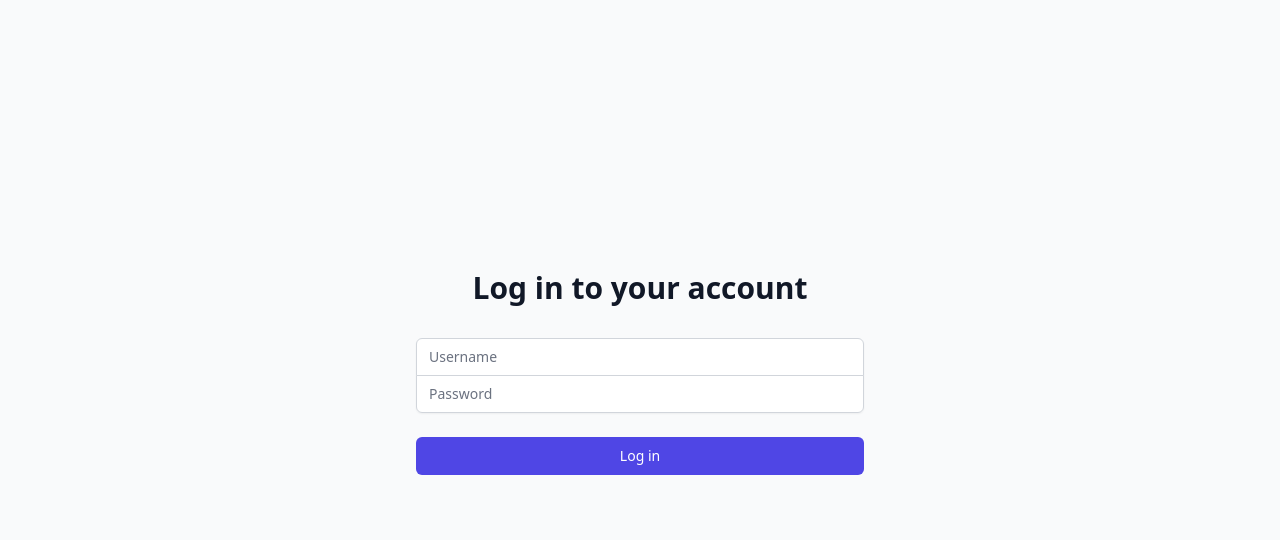
Repository: Mordecaied/Issac
Page: /dashboard (app in frontend/)
The author's editor kept a copy of each file at every save. The page is drawn from the files as they stood at one save, then again after the next save.
The browser window is 1280 px wide. The pictures show the whole page.
The project was rebuilt for these pictures with package versions that can differ from the ones it lists, and the page was loaded fresh each time. Also part of the build but not shown: frontend/src/hooks/useTimers.ts, frontend/src/context/AppContext.tsx, frontend/src/components/Layout.tsx, frontend/src/components/QuestionList.tsx, frontend/src/components/IssueList.tsx, frontend/src/components/TimerCard.tsx, frontend/src/components/Dashboard.tsx, frontend/src/components/TimeTracking.tsx and 3 more.

Above is the page before, as saved 2024-08-07 12:11:15.

### frontend/src/index.html
<!DOCTYPE html>
<html lang="en">
<head>
    <meta charset="UTF-8">
    <meta name="viewport" content="width=device-width, initial-scale=1.0">
    <title>Issac - Productivity App</title>
</head>
<body>
    <div id="root"></div>
</body>
</html>

### frontend/src/index.tsx
import React from 'react';
import { createRoot } from 'react-dom/client';
import './index.css';
import App from './App';

const container = document.getElementById('root');
const root = createRoot(container!);
root.render(
  <React.StrictMode>
    <App />
  </React.StrictMode>
);

### frontend/src/App.tsx
import React, { useState, useEffect } from 'react';
import { AppProvider } from './context/AppContext';
import Layout from './components/Layout';
import Dashboard from './components/Dashboard';
import TimeTracking from './components/TimeTracking';
import QuestionTracking from './components/QuestionTracking';
import IssueTracking from './components/IssueTracking';
import TimeSummary from './components/TimeSummary';
import AuthService from './services/AuthService';

const App: React.FC = () => {
  const [activeTab, setActiveTab] = useState('dashboard');
  const [isAuthenticated, setIsAuthenticated] = useState(false);
  const [username, setUsername] = useState('');
  const [password, setPassword] = useState('');
  const [error, setError] = useState('');

  useEffect(() => {
    const user = AuthService.getCurrentUser();
    if (user) {
      setIsAuthenticated(true);
    }
  }, []);

  const handleLogin = async (e: React.FormEvent) => {
    e.preventDefault();
    try {
      await AuthService.login(username, password);
      setIsAuthenticated(true);
      setError('');
    } catch (err) {
      setError('Failed to log in');
    }
  };

  const handleLogout = () => {
    AuthService.logout();
    setIsAuthenticated(false);
  };

  const renderContent = () => {
    switch (activeTab) {
      case 'dashboard':
        return <Dashboard />;
      case 'time':
        return <TimeTracking />;
      case 'questions':
        return <QuestionTracking />;
      case 'issues':
        return <IssueTracking />;
      case 'summary':
        return <TimeSummary />;
      default:
        return null;
    }
  };

  if (!isAuthenticated) {
    return (
      <div className="min-h-screen flex items-center justify-center bg-gray-50 py-12 px-4 sm:px-6 lg:px-8">
        <div className="max-w-md w-full space-y-8">
          <h2 className="mt-6 text-center text-3xl font-extrabold text-gray-900">Log in to your account</h2>
          <form className="mt-8 space-y-6" onSubmit={handleLogin}>
            <input type="hidden" name="remember" value="true" />
            <div className="rounded-md shadow-sm -space-y-px">
              <div>
                <label htmlFor="username" className="sr-only">Username</label>
                <input
                  id="username"
                  name="username"
                  type="text"
                  required
                  className="appearance-none rounded-none relative block w-full px-3 py-2 border border-gray-300 placeholder-gray-500 text-gray-900 rounded-t-md focus:outline-none focus:ring-indigo-500 focus:border-indigo-500 focus:z-10 sm:text-sm"
                  placeholder="Username"
                  value={username}
                  onChange={(e) => setUsername(e.target.value)}
                />
              </div>
              <div>
                <label htmlFor="password" className="sr-only">Password</label>
                <input
                  id="password"
                  name="password"
                  type="password"
                  required
                  className="appearance-none rounded-none relative block w-full px-3 py-2 border border-gray-300 placeholder-gray-500 text-gray-900 rounded-b-md focus:outline-none focus:ring-indigo-500 focus:border-indigo-500 focus:z-10 sm:text-sm"
                  placeholder="Password"
                  value={password}
                  onChange={(e) => setPassword(e.target.value)}
                />
              </div>
            </div>

            {error && <p className="mt-2 text-center text-sm text-red-600">{error}</p>}

            <div>
              <button
                type="submit"
                className="group relative w-full flex justify-center py-2 px-4 border border-transparent text-sm font-medium rounded-md text-white bg-indigo-600 hover:bg-indigo-700 focus:outline-none focus:ring-2 focus:ring-offset-2 focus:ring-indigo-500"
              >
                Log in
              </button>
            </div>
          </form>
        </div>
      </div>
    );
  }

  return (
    <AppProvider>
      <Layout>
        <div className="mb-6">
          <div className="flex space-x-4 mb-4">
            <button
              className={`px-4 py-2 rounded transition duration-150 ${activeTab === 'dashboard' ? 'bg-blue-500 text-white' : 'bg-gray-200 hover:bg-gray-300 active:bg-gray-400'}`}
              onClick={() => setActiveTab('dashboard')}
            >
              Dashboard
            </button>
            <button
              className={`px-4 py-2 rounded transition duration-150 ${activeTab === 'time' ? 'bg-blue-500 text-white' : 'bg-gray-200 hover:bg-gray-300 active:bg-gray-400'}`}
              onClick={() => setActiveTab('time')}
            >
              Time Tracking
            </button>
            <button
              className={`px-4 py-2 rounded transition duration-150 ${activeTab === 'questions' ? 'bg-blue-500 text-white' : 'bg-gray-200 hover:bg-gray-300 active:bg-gray-400'}`}
              onClick={() => setActiveTab('questions')}
            >
              Question Tracking
            </button>
            <button
              className={`px-4 py-2 rounded transition duration-150 ${activeTab === 'issues' ? 'bg-blue-500 text-white' : 'bg-gray-200 hover:bg-gray-300 active:bg-gray-400'}`}
              onClick={() => setActiveTab('issues')}
            >
              Issue Tracking
            </button>
            <button
              className={`px-4 py-2 rounded transition duration-150 ${activeTab === 'summary' ? 'bg-blue-500 text-white' : 'bg-gray-200 hover:bg-gray-300 active:bg-gray-400'}`}
              onClick={() => setActiveTab('summary')}
            >
              Time Summary
            </button>
            <button
              className="px-4 py-2 rounded transition duration-150 bg-red-500 text-white hover:bg-red-600 active:bg-red-700"
              onClick={handleLogout}
            >
              Logout
            </button>
          </div>
        </div>
        {renderContent()}
      </Layout>
    </AppProvider>
  );
};

export default App;

### frontend/src/services/AuthService.ts
import axios from 'axios';

const API_URL = 'http://localhost:3000/api'; // Adjust this to match your backend URL

export interface User {
  id: string;
  username: string;
  email: string;
  token: string;
}

class AuthService {
  async login(emailOrUsername: string, password: string): Promise<string> {
    const response = await axios.post(`${API_URL}/auth/login`, { emailOrUsername, password });
    if (response.data.token) {
      localStorage.setItem('user', JSON.stringify(response.data));
    }
    return response.data.token;
  }

  async register(username: string, email: string, password: string): Promise<User> {
    const response = await axios.post(`${API_URL}/auth/register`, { username, email, password });
    return response.data;
  }

  logout(): void {
    localStorage.removeItem('user');
  }

  getCurrentUser(): User | null {
    const userStr = localStorage.getItem('user');
    if (userStr) return JSON.parse(userStr);
    return null;
  }

  getToken(): string | null {
    const user = this.getCurrentUser();
    return user?.token || null;
  }
}

export default new AuthService();

### frontend/tailwind.config.js
module.exports = {
  content: [
    "./src/**/*.{js,jsx,ts,tsx}",
    "./public/index.html"
  ],
  theme: {
    extend: {},
  },
  plugins: [],
}

Loaded but not shown: frontend/src/index.css (common file)

After the next save:
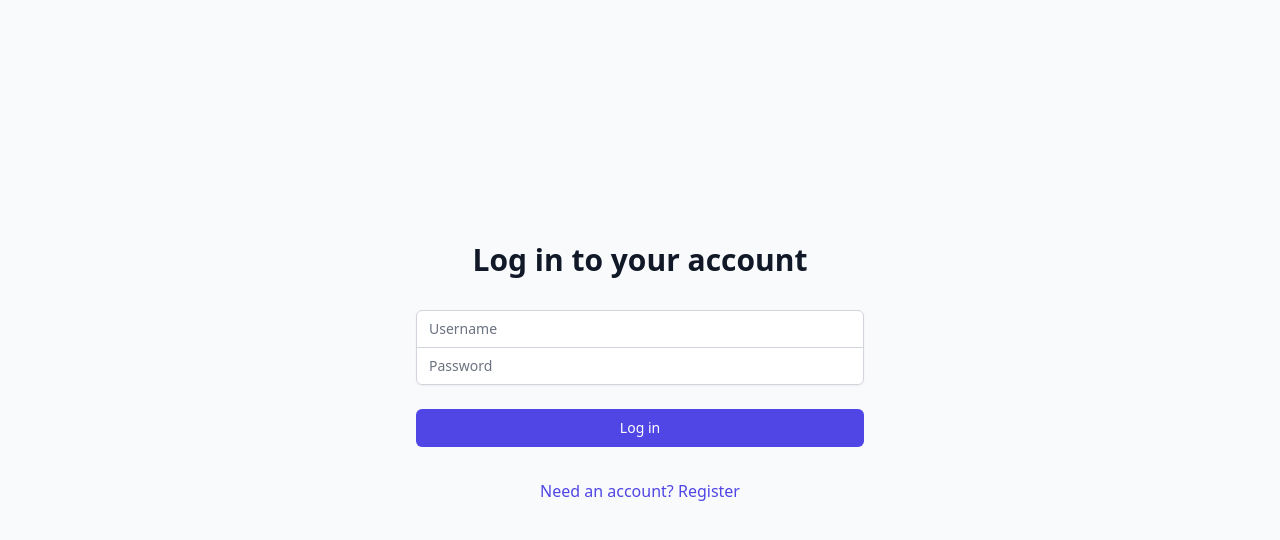
Saved 2 min 16 s later.
--- a/frontend/src/App.tsx
+++ b/frontend/src/App.tsx
@@ -11,7 +11,9 @@ import AuthService from './services/AuthService';
 const App: React.FC = () => {
   const [activeTab, setActiveTab] = useState('dashboard');
   const [isAuthenticated, setIsAuthenticated] = useState(false);
+  const [isRegistering, setIsRegistering] = useState(false);
   const [username, setUsername] = useState('');
+  const [email, setEmail] = useState('');
   const [password, setPassword] = useState('');
   const [error, setError] = useState('');
 
@@ -30,6 +32,17 @@ const App: React.FC = () => {
       setError('');
     } catch (err) {
       setError('Failed to log in');
+    }
+  };
+
+  const handleRegister = async (e: React.FormEvent) => {
+    e.preventDefault();
+    try {
+      await AuthService.register(username, email, password);
+      setIsAuthenticated(true);
+      setError('');
+    } catch (err) {
+      setError('Failed to register');
     }
   };
 
@@ -55,12 +68,14 @@ const App: React.FC = () => {
     }
   };
 
-  if (!isAuthenticated) {
+  const renderAuthForm = () => {
     return (
       <div className="min-h-screen flex items-center justify-center bg-gray-50 py-12 px-4 sm:px-6 lg:px-8">
         <div className="max-w-md w-full space-y-8">
-          <h2 className="mt-6 text-center text-3xl font-extrabold text-gray-900">Log in to your account</h2>
-          <form className="mt-8 space-y-6" onSubmit={handleLogin}>
+          <h2 className="mt-6 text-center text-3xl font-extrabold text-gray-900">
+            {isRegistering ? 'Create an account' : 'Log in to your account'}
+          </h2>
+          <form className="mt-8 space-y-6" onSubmit={isRegistering ? handleRegister : handleLogin}>
             <input type="hidden" name="remember" value="true" />
             <div className="rounded-md shadow-sm -space-y-px">
               <div>
@@ -76,6 +91,21 @@ const App: React.FC = () => {
                   onChange={(e) => setUsername(e.target.value)}
                 />
               </div>
+              {isRegistering && (
+                <div>
+                  <label htmlFor="email" className="sr-only">Email</label>
+                  <input
+                    id="email"
+                    name="email"
+                    type="email"
+                    required
+                    className="appearance-none rounded-none relative block w-full px-3 py-2 border border-gray-300 placeholder-gray-500 text-gray-900 focus:outline-none focus:ring-indigo-500 focus:border-indigo-500 focus:z-10 sm:text-sm"
+                    placeholder="Email"
+                    value={email}
+                    onChange={(e) => setEmail(e.target.value)}
+                  />
+                </div>
+              )}
               <div>
                 <label htmlFor="password" className="sr-only">Password</label>
                 <input
@@ -98,13 +128,25 @@ const App: React.FC = () => {
                 type="submit"
                 className="group relative w-full flex justify-center py-2 px-4 border border-transparent text-sm font-medium rounded-md text-white bg-indigo-600 hover:bg-indigo-700 focus:outline-none focus:ring-2 focus:ring-offset-2 focus:ring-indigo-500"
               >
-                Log in
+                {isRegistering ? 'Register' : 'Log in'}
               </button>
             </div>
           </form>
+          <div className="text-center">
+            <button
+              onClick={() => setIsRegistering(!isRegistering)}
+              className="font-medium text-indigo-600 hover:text-indigo-500"
+            >
+              {isRegistering ? 'Already have an account? Log in' : 'Need an account? Register'}
+            </button>
+          </div>
         </div>
       </div>
     );
+  };
+
+  if (!isAuthenticated) {
+    return renderAuthForm();
   }
 
   return (
